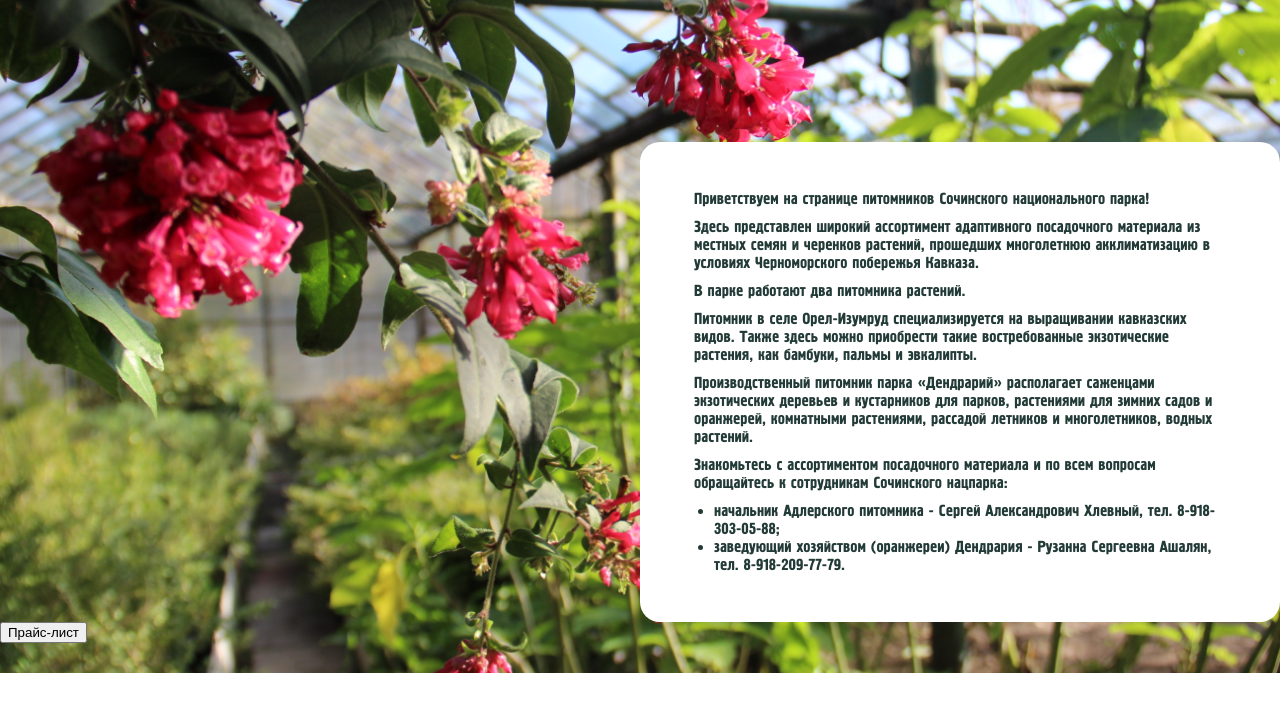
Repository: sem1103/np-sochi
Page: index.html
These files come from the project's save history. The page is drawn as it stood at one moment and after the next save; the edit follows.
The browser window is 1280 px wide. The pictures show the whole page.

Above is the page before, as saved 2024-01-17 19:56:39.

After the next save:
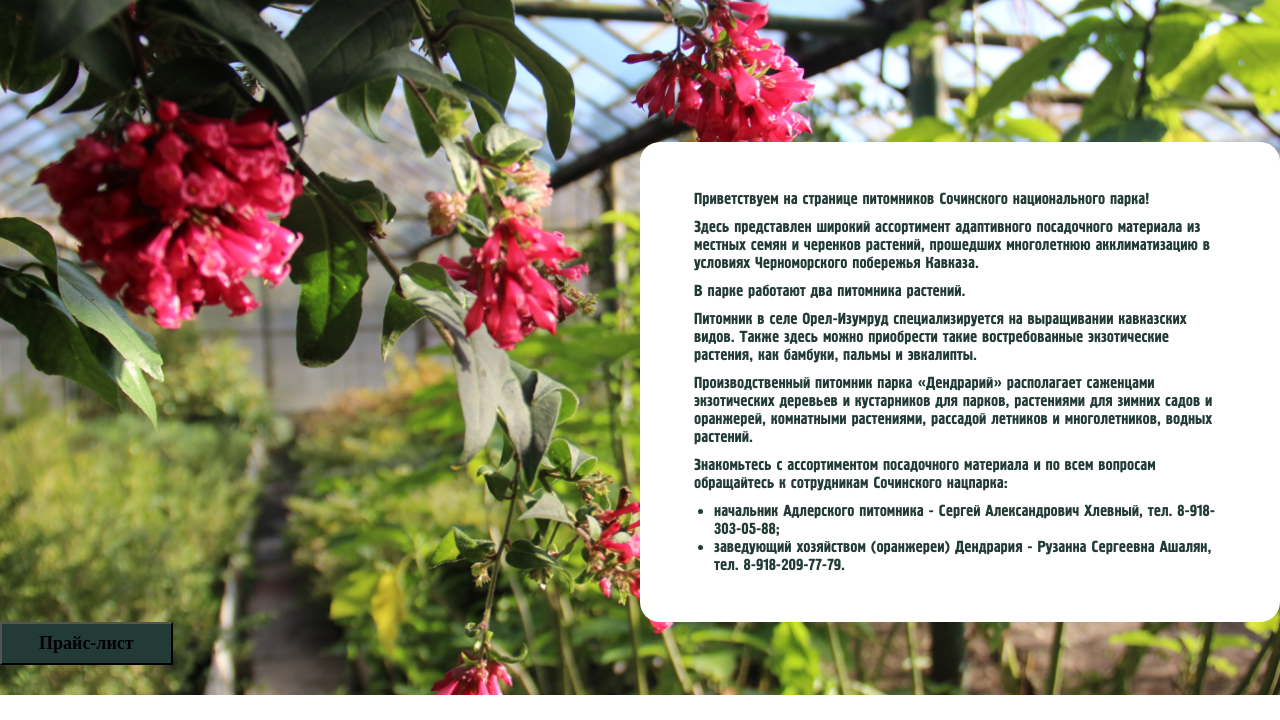
Saved 20 s later.
--- a/styles/main.css
+++ b/styles/main.css
@@ -34,3 +34,9 @@ li{
     list-style: disc;
     margin: 0 0 0 20px;
 }
+.price__list{
+    padding: 9px 37px;
+    font: 600 18px 'Fira Sans';
+    margin: 0;
+    background: var(--gray);
+}
